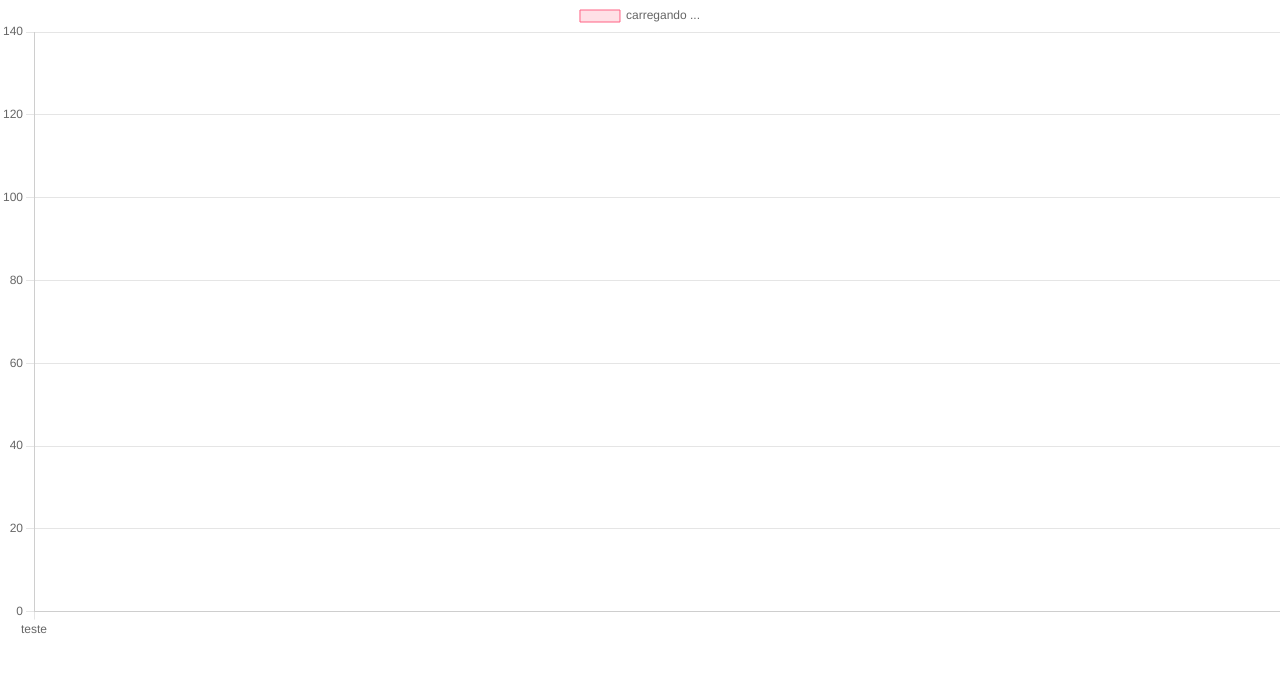
Repository: andre06x/chat-scoketio
Page: /chart (app in front/)
These files come from the project's save history. The page is drawn as it stood at one moment and after the next save; the edit follows.
The browser window is 1280 px wide. The pictures show the whole page.
Some web libraries are served in a nearby version. The project was rebuilt for these pictures with package versions that can differ from the ones it lists, and the page was loaded fresh each time. Also part of the build but not shown: front/vite.config.js, front/src/App.css, front/src/index.jsx, front/src/chat.jsx.

Above is the page before, as saved 2022-05-16 13:06:50.
Console error (its wording comes from the project's code and is left out).

### front/index.html
<!DOCTYPE html>
<html lang="en">
  <head>
    <meta charset="UTF-8" />
    <link rel="icon" type="image/svg+xml" href="/src/favicon.svg" />
    <meta name="viewport" content="width=device-width, initial-scale=1.0" />
    <link rel="stylesheet" href="https://cdn.jsdelivr.net/npm/bootstrap@4.6.1/dist/css/bootstrap.min.css" integrity="sha384-zCbKRCUGaJDkqS1kPbPd7TveP5iyJE0EjAuZQTgFLD2ylzuqKfdKlfG/eSrtxUkn" crossorigin="anonymous">
    <script src="https://cdnjs.cloudflare.com/ajax/libs/dayjs/1.10.6/dayjs.min.js" integrity="sha512-bwD3VD/j6ypSSnyjuaURidZksoVx3L1RPvTkleC48SbHCZsemT3VKMD39KknPnH728LLXVMTisESIBOAb5/W0Q==" crossorigin="anonymous" referrerpolicy="no-referrer"></script>
    <title>Vite App</title>
  </head>
  <body>
    <div id="root"></div>
    <script type="module" src="/src/main.jsx"></script>
  </body>
</html>

### front/src/App.jsx
import { useEffect, useState } from 'react'
import logo from './logo.svg'
import './App.css'
import { Rotas } from "./routes"


function App() {
  return (
    <Rotas/>
  )
}

export default App

### front/src/routes.jsx
import {
  BrowserRouter,
  Routes,
  Route,
} from "react-router-dom";
import React from 'react';

import { Home } from './index';
import { Chat } from './chat';
import {  Charts } from "./chart";

const Rotas = () => {
  return (
    <BrowserRouter>
      <Routes>
        <Route path="/" element={<Home />} />
        <Route path="chat/:sala/:user" element={<Chat />} />
        <Route path="chart" element={<Charts />} />
      </Routes>
    </BrowserRouter>
  )
}
export { Rotas }

### front/src/chart.jsx
import React, { useEffect } from 'react';

import {
  Chart,
  ArcElement,
  LineElement,
  BarElement,
  PointElement,
  BarController,
  BubbleController,
  DoughnutController,
  LineController,
  PieController,
  PolarAreaController,
  RadarController,
  ScatterController,
  CategoryScale,
  LinearScale,
  LogarithmicScale,
  RadialLinearScale,
  TimeScale,
  TimeSeriesScale,
  Decimation,
  Filler,
  Legend,
  Title,
  Tooltip,
  SubTitle
} from 'chart.js';

Chart.register(
  ArcElement,
  LineElement,
  BarElement,
  PointElement,
  BarController,
  BubbleController,
  DoughnutController,
  LineController,
  PieController,
  PolarAreaController,
  RadarController,
  ScatterController,
  CategoryScale,
  LinearScale,
  LogarithmicScale,
  RadialLinearScale,
  TimeScale,
  TimeSeriesScale,
  Decimation,
  Filler,
  Legend,
  Title,
  Tooltip,
  SubTitle
);


const Charts = () => {

  useEffect(() => {
    setTimeout(() => {
      const ctx = document.getElementById(`myChart`).getContext('2d');
      new Chart(ctx, {
        type: 'line',
        data: {
          labels: ['teste'],
          datasets: [{

            label: "carregando ...",
            data: [123],
            pointRadius: 0,
            pointHitRadius: 0,

            backgroundColor: "rgba(255, 99, 132, 0.2)",
            borderColor: "rgba(255, 99, 132, 1)",
            borderWidth: 1,
            fill: true

          }]
        },
        options: {
          scales: {
            y: {
              beginAtZero: true
            },
            x: {
              display: true
            }
          },
          interaction: {
            mode: 'index',
            intersect: false
          },
        }

      });
    }, 1000)


  }, []);

  return (
    <div>

      <canvas id="myChart" ></canvas>
    </div>
  )
}

export { Charts }

Loaded but not shown: front/src/main.jsx (common file); front/src/index.css (common file)

After the next save:
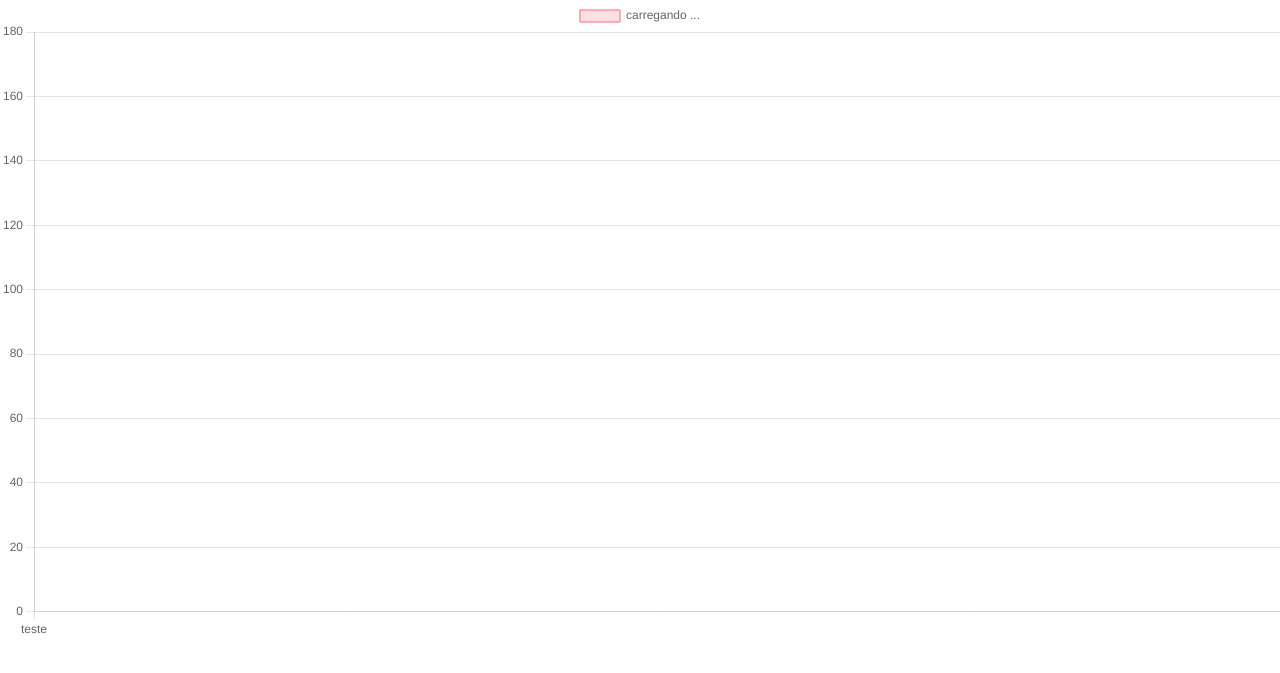
Saved 4 min 26 s later.
--- a/front/src/chart.jsx
+++ b/front/src/chart.jsx
@@ -68,7 +68,7 @@ const Charts = () => {
           datasets: [{
 
             label: "carregando ...",
-            data: [123],
+            data: [123, 180],
             pointRadius: 0,
             pointHitRadius: 0,
 
